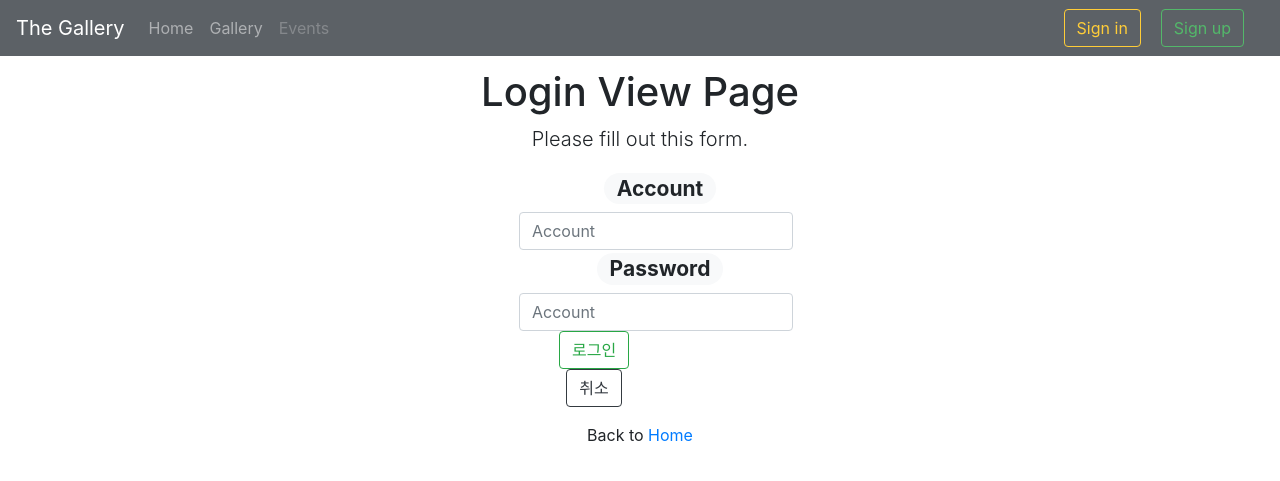
Repository: caramelsyrup/SpringProject1
Page: http://localhost/gallery/WEB-INF/views/customLogin.jsp
These files come from the project's save history. The page is drawn as it stood at one moment and after the next save; the edit follows.
The browser window is 1280 px wide. The pictures show the whole page.
The page is served by Tomcat 9. Nobody is signed in. Other server files are loaded and not shown. The template is opened directly, without the code that normally fills it, so the values that code supplies are empty.

Above is the page before, as saved 2020-11-17 05:51:42.

### gallery/src/main/webapp/WEB-INF/views/customLogin.jsp
<%@ page language="java" contentType="text/html; charset=UTF-8" pageEncoding="UTF-8"%>
<%@ include file="/resources/includes/header.jsp" %>
<title>로그인화면</title>
</head>
<main role="main" class="flex-shrink-1" style="margin-top: 20px">
  <div class="container" align="center">
    <h1 class="mt-5">Login View Page</h1>
    <p class="lead">Please fill out this form.</p>
    <form class="form-inline mt-2 mt-md-0" action="login" method="post" id="loginForm">
    	<ul style="list-style: none; margin-left: auto; margin-right: auto;">
    		<li>
    			<h3><span class="badge badge-pill badge-light">Account</span></h3>
        		<input class="form-control mr-sm-2" type="text" placeholder="Account" aria-label="Search" name="username" id="username">
    		</li>
    		<li>
    			<h3><span class="badge badge-pill badge-light">Password</span></h3>
	    		<input class="form-control mr-sm-2" type="text" placeholder="Account" aria-label="Search" name="password" id="password">
    		</li>
    		<li>
    			<ul style="list-style: none; margin-left: auto; margin-right: auto; float: left;">
    				<li><input class="btn btn-outline-success my-2 my-sm-0" type="button" id="btnLogin" value="로그인"></li>
    				<li><input class="btn btn-outline-dark my-2 my-sm-0" type="reset" value="취소"></li>
    			</ul>
		    </li>
    	</ul>
      </form>
   <p>Back to <a href="/">Home</a></p>
  </div>

	<script type="text/javascript" src="/resources/js/login.js"></script>
</main>

</body>
</html>

### gallery/src/main/webapp/resources/includes/header.jsp
<%@ taglib prefix="c" uri="http://java.sun.com/jsp/jstl/core" %>
<!DOCTYPE html>
<html>
<head>
<meta charset="UTF-8">
    <meta charset="utf-8">
    <meta name="viewport" content="width=device-width, initial-scale=1, shrink-to-fit=no">
    <meta name="description" content="">
    <meta name="author" content="Mark Otto, Jacob Thornton, and Bootstrap contributors">
    <meta name="generator" content="Jekyll v4.1.1">
<script src="https://code.jquery.com/jquery-3.5.1.js" integrity="sha256-QWo7LDvxbWT2tbbQ97B53yJnYU3WhH/C8ycbRAkjPDc=" crossorigin="anonymous"></script>
<!-- Latest compiled and minified CSS -->
<link rel="stylesheet" href="https://stackpath.bootstrapcdn.com/bootstrap/4.5.2/css/bootstrap.min.css">
<!-- Latest compiled JavaScript -->
<script src="https://stackpath.bootstrapcdn.com/bootstrap/4.5.2/js/bootstrap.min.js"></script>
</head>
<!-- 최상단 -->
<body class="d-flex flex-column h-100">
    <header>
  <!-- Fixed navbar -->
  <nav class="navbar navbar-expand-md navbar-dark fixed-top bg-dark" style="opacity: 0.8;">
    <a class="navbar-brand" href="/">The Gallery</a>
    <button class="navbar-toggler" type="button" data-toggle="collapse" data-target="#navbarCollapse" aria-controls="navbarCollapse" aria-expanded="false" aria-label="Toggle navigation">
      <span class="navbar-toggler-icon"></span>
    </button>
    <div class="collapse navbar-collapse" id="navbarCollapse">
      <ul class="navbar-nav mr-auto">
        <li class="nav-item">
          <a class="nav-link" href="/">Home <!-- <span class="sr-only">(current)</span> --> </a>
        </li>
        <li class="nav-item">
          <a class="nav-link" href="/gallery/list">Gallery</a>
        </li>
        <c:choose>
	        <c:when test="${member.auth==0||member.auth==1}">
	        	<li class="nav-item">
		          <a class="nav-link" href="/events/elist">Events</a>
		        </li>
	        </c:when>
			<c:otherwise>
				<li class="nav-item">
		          <a class="nav-link disabled" href="/events/elist"  aria-disabled="true">Events</a>
		        </li>
			</c:otherwise>
        </c:choose>

	    <c:if test="${member.auth==0}">
	     <li class="nav-item">
	      <a class="nav-link" href="/member/memberInfo/${member.username}">Info</a>
	     </li>
	    </c:if>
	    <c:if test="${member.auth==1}">
	     <li class="nav-item">
	      <a class="nav-link" href="/member/allmember">All Member</a>
	     </li>
	     <li class="nav-item">
	      <a class="nav-link disabled" href="/member/allReser"  aria-disabled="true">All Reservation</a>
	     </li>
	    </c:if>

      </ul>
       <c:choose>
       	<c:when test="${empty member.username}">
       		<a class="btn btn-outline-warning my-2 my-sm-0" href="/member/createMember" style="margin-right: 20px">Sign in</a>
      		<a class="btn btn-outline-success my-2 my-sm-0" href="/customLogin" style="margin-right: 20px">Sign up</a>
      	</c:when>
      	<c:otherwise>
        	<a class="btn btn-outline-success my-2 my-sm-0" href="/customLogout">Logout</a>
        </c:otherwise>
       </c:choose>
    </div>
  </nav>
</header>

### gallery/src/main/webapp/resources/js/login.js
$(document).ready(function(){


	$("#btnLogin").click(function(){
		var userID = $("#username").val();
		var password = $("#password").val();
		if(userID==""){
			alert('아이디를 입력하세요!');
			$("#username").focus();
			return false;
		}
		if(password==""){
			alert('비밀번호를 입력하세요!');
			$("#password").focus();
			return false;
		}
		// 로그인 판단
		loginDo($("#username").val(),$("#password").val());
	});


});

function loginDo(username,password){
	// 값이 있으면, 해당 컨트롤러에서 처리후 결과 받음
		$.ajax({
			type:"POST",
			url:"/login",
			data:{"username":username,"password":password}
		})
		.done(function(resp){
			if(resp=="go"){
				alert('Welcome!');
				location.href="/";
			}else{
				alert('Pleae check your info');
			}
		})
		.fail(function(e){
			alert("Please Check your Account");
		});
}

After the next save:
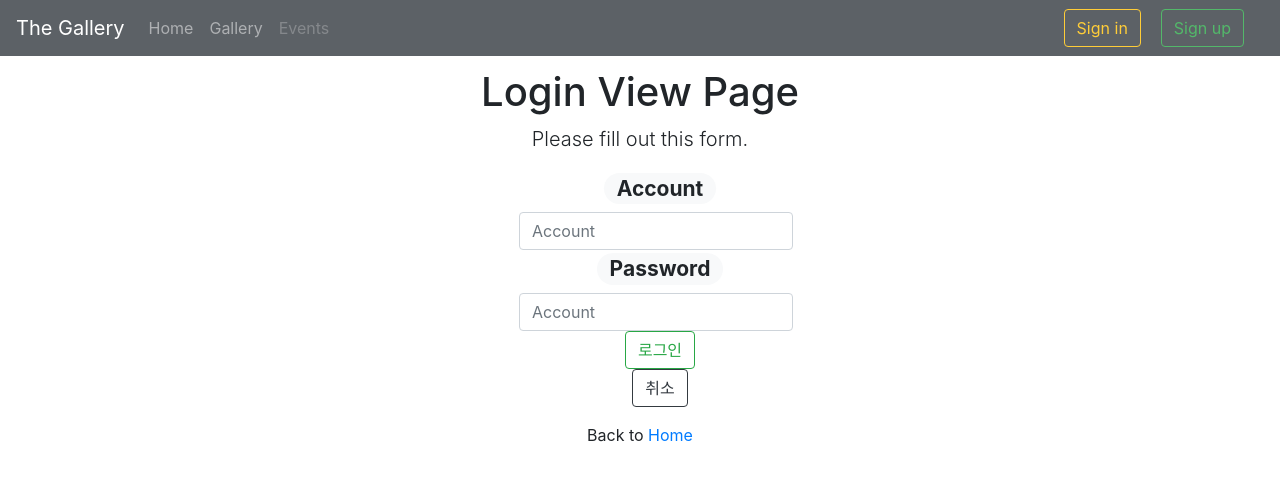
Saved 47 s later.
--- a/gallery/src/main/webapp/WEB-INF/views/customLogin.jsp
+++ b/gallery/src/main/webapp/WEB-INF/views/customLogin.jsp
@@ -16,11 +16,8 @@
     			<h3><span class="badge badge-pill badge-light">Password</span></h3>
 	    		<input class="form-control mr-sm-2" type="text" placeholder="Account" aria-label="Search" name="password" id="password">
     		</li>
-    		<li>
-    			<ul style="list-style: none; margin-left: auto; margin-right: auto; float: left;">
-    				<li><input class="btn btn-outline-success my-2 my-sm-0" type="button" id="btnLogin" value="로그인"></li>
+    		<li><input class="btn btn-outline-success my-2 my-sm-0" type="button" id="btnLogin" value="로그인"></li>
     				<li><input class="btn btn-outline-dark my-2 my-sm-0" type="reset" value="취소"></li>
-    			</ul>
 		    </li>
     	</ul>
       </form>
